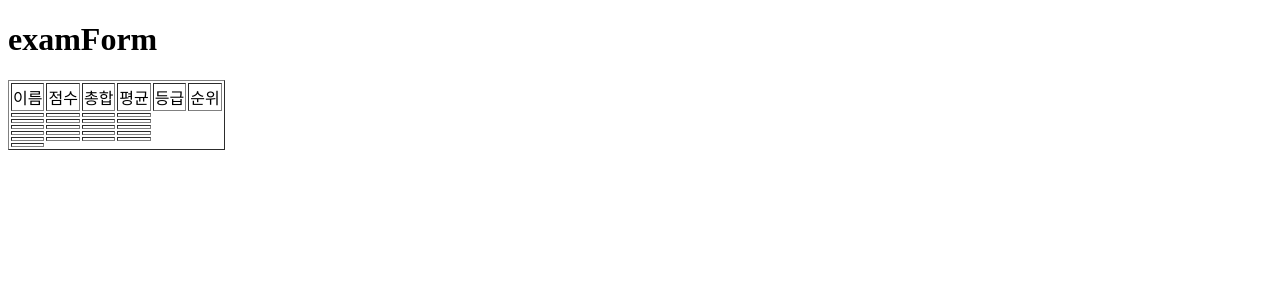
Repository: Jhoon0211/java_work
Page: http://localhost/jspProj/exam/examForm.jsp
These files come from the project's save history. The page is drawn as it stood at one moment and after the next save; the edit follows.
The browser window is 1280 px wide. The pictures show the whole page.
The page is served by Tomcat 9. Other server files are loaded and not shown.

Above is the page before, as saved 2023-07-31 06:58:07.

### jspProj/src/main/webapp/exam/examForm.jsp
<%@ page language="java" contentType="text/html; charset=UTF-8"
    pageEncoding="UTF-8"%>
<!DOCTYPE html>
<html>
<head>
<meta charset="UTF-8">
<title>Insert title here</title>
</head>
<body>
<h1>examForm</h1>
	<form action="examReg.jsp">
		<table border="">
			<tr>
				<td>이름</td>
				<td>점수</td>
				<td>총합</td>
				<td>평균</td>
				<td>등급</td>
				<td>순위</td>
			</tr>
			<% for(int i = 0; i<5; i++){ %>
			<tr>
				<td></td>
				<td></td>
				<td></td>
				<td></td>
			</tr>
			<% } %>
			<tr>
				<td></td>
			</tr>
		</table>
	</form>
</body>
</html>

After the next save:
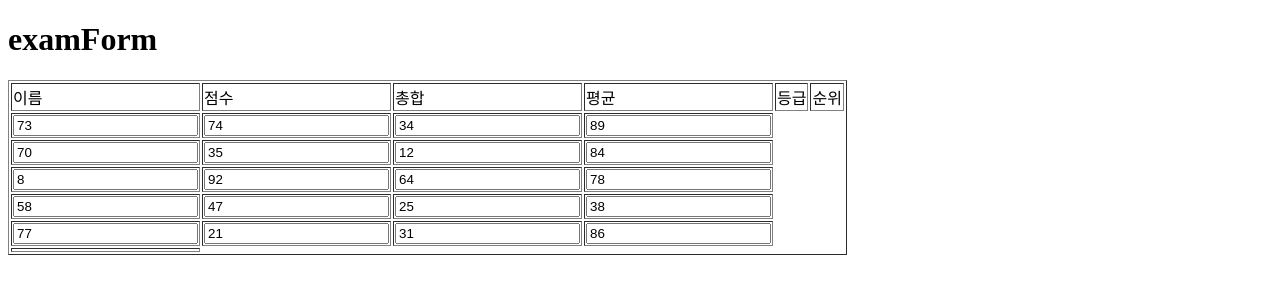
Saved 54 s later.
--- a/jspProj/src/main/webapp/exam/examForm.jsp
+++ b/jspProj/src/main/webapp/exam/examForm.jsp
@@ -20,10 +20,10 @@
 			</tr>
 			<% for(int i = 0; i<5; i++){ %>
 			<tr>
-				<td></td>
-				<td></td>
-				<td></td>
-				<td></td>
+				<td><input type="text" name="name" value="<%=(int)(Math.random()*100)%>"/></td>
+				<td><input type="text" name="kor" value="<%=(int)(Math.random()*100)%>"/></td>
+				<td><input type="text" name="eng" value="<%=(int)(Math.random()*100) %>"/></td>
+				<td><input type="text" name="math" value="<%=(int)(Math.random()*100) %>"/></td>
 			</tr>
 			<% } %>
 			<tr>
